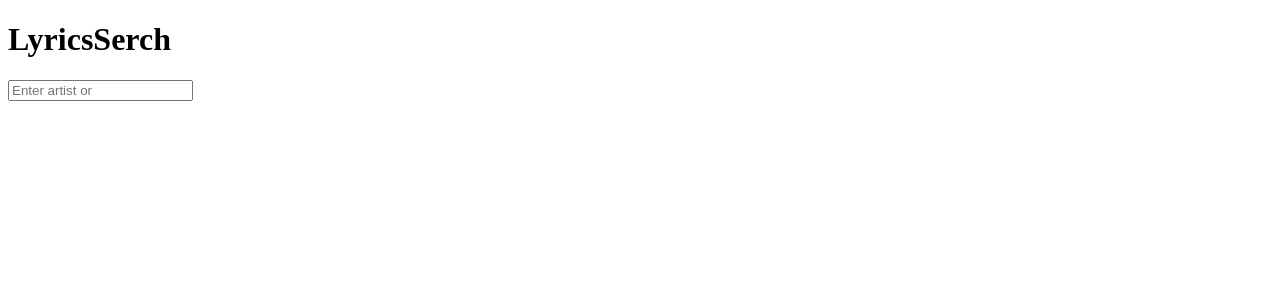
Repository: Pancerzaba/LyricsSearchApp
Page: index.html
The author's editor kept a copy of each file at every save. The page is drawn from the files as they stood at one save, then again after a run of saves.
The browser window is 1280 px wide. The pictures show the whole page.

Above is the page before, as saved 2020-09-12 14:50:15.

After the next 5 saves:
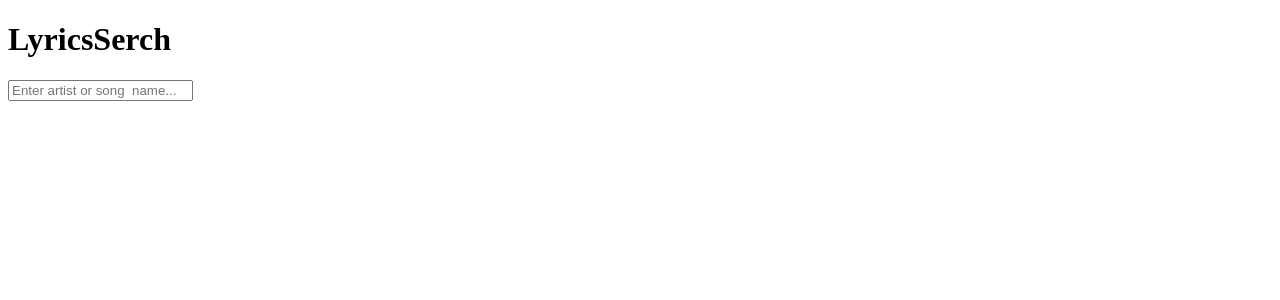
The 5 saves are shown as one change because they came seconds apart.
The last was saved 13 s later.
--- a/index.html
+++ b/index.html
@@ -10,7 +10,8 @@
         <h1>LyricsSerch</h1>
 
         <form  id="form">
-            <input type="text" id="search" placeholder="Enter artist or ">
+            <input type="text" id="search" placeholder="Enter artist or song  name...">
+            <b
         </form>
     </heder>
     <script src="script.js"></script>
